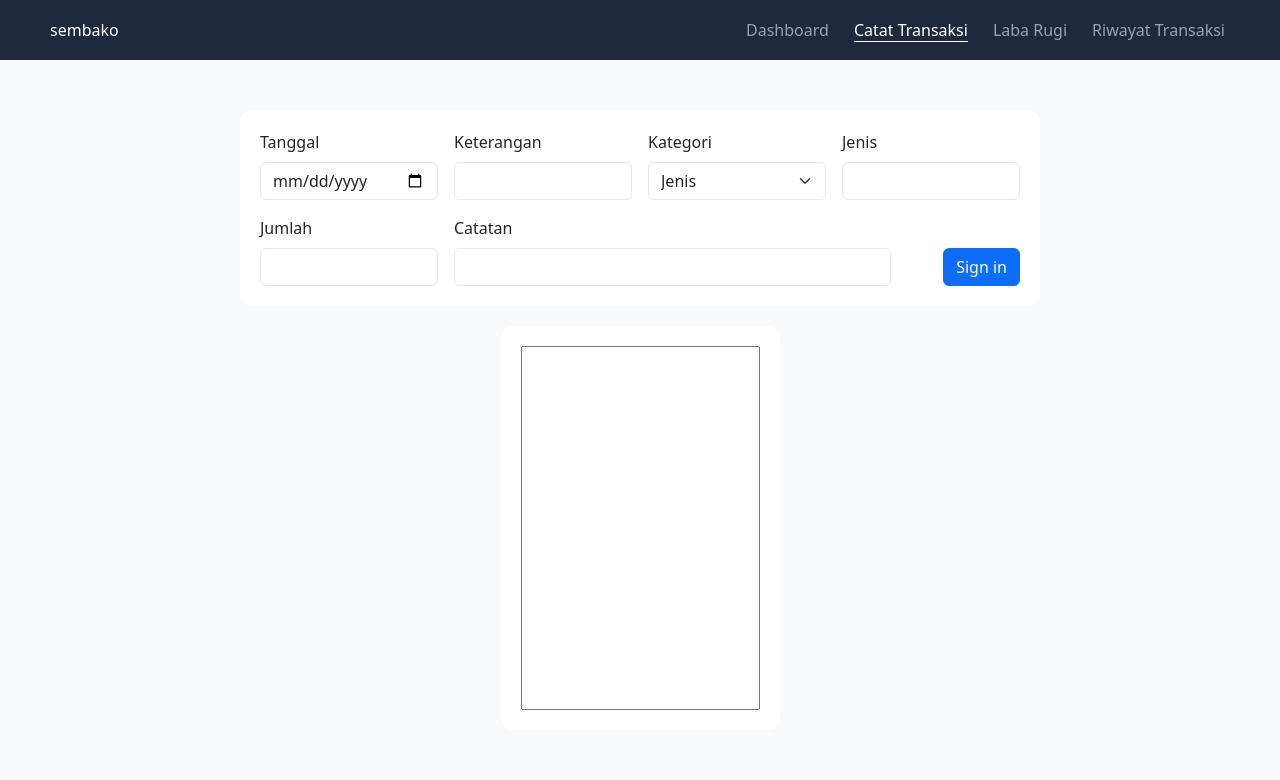
Repository: musdalifahzahra/Projek-Akhir-PWD-2026
Page: http://localhost/3-catat-transaksi.php
These files come from the project's save history. The page is drawn as it stood at one moment and after the next save; the edit follows.
The browser window is 1280 px wide. The pictures show the whole page.
The page is run by PHP 8.4 with error messages shown; the project is at /var/www/html/.

Above is the page before, as saved 2026-04-10 17:24:52.

After the next save:
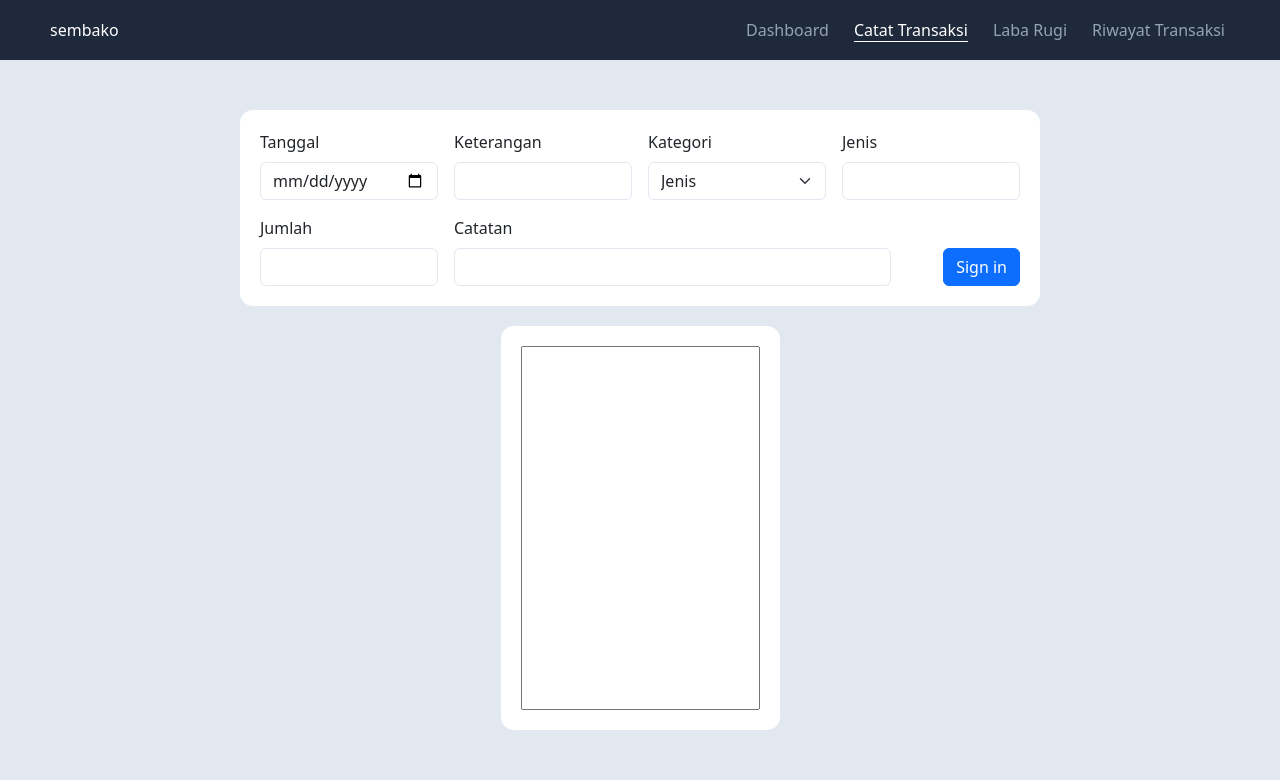
Saved 6 s later.
--- a/template-css.css
+++ b/template-css.css
@@ -1,6 +1,6 @@
 :root {
   --color-nav: #1e293b;
-  --color-bag-web: #f8fafc;
+  --color-bag-web: #E2E8F0;
   --color-card: #ffffff;
   --color-belum-dipencet: #94a3b8;
   --color-kurson: #cbd5e1;

After the save that followed:
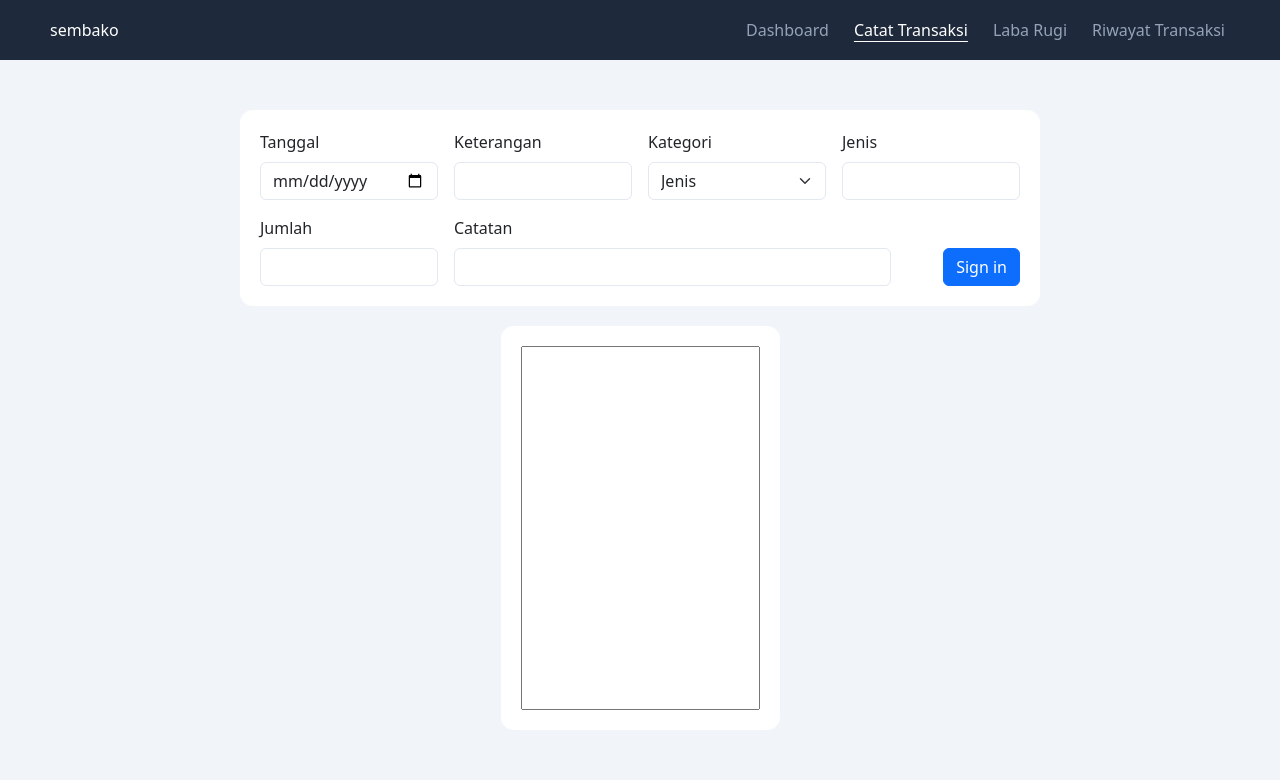
Saved 36 s later.
--- a/template-css.css
+++ b/template-css.css
@@ -1,6 +1,6 @@
 :root {
   --color-nav: #1e293b;
-  --color-bag-web: #E2E8F0;
+  --color-bag-web: #F1F5F9;
   --color-card: #ffffff;
   --color-belum-dipencet: #94a3b8;
   --color-kurson: #cbd5e1;
